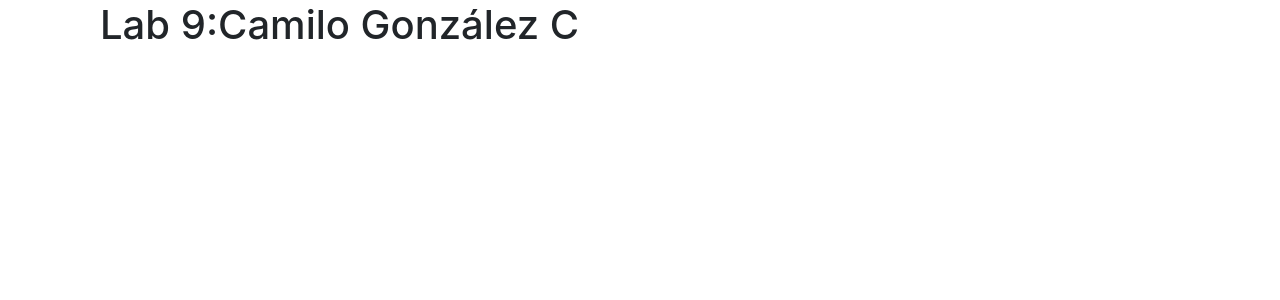
Repository: cgonzalezc27/daw_a01209969
Page: DAW/Lab9/_header.html
The author's editor kept a record of every edit. The page is drawn from the files as they stood at one moment, then again after the next edit.
The browser window is 1280 px wide. The pictures show the whole page.

Above is the page before.

After the next edit:
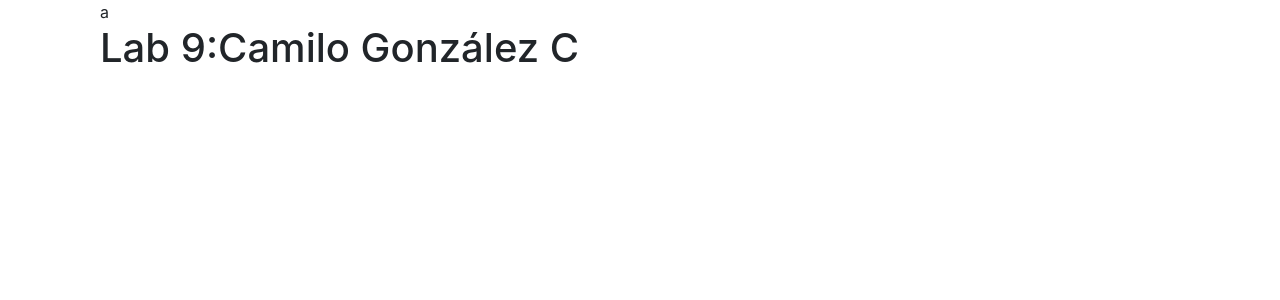
The edit:
--- a/DAW/Lab9/_header.html
+++ b/DAW/Lab9/_header.html
@@ -6,8 +6,8 @@
     </head>
     <body>
         <div class="container">
-            <div class="col-3"></div>
-            <div class="col">
+            <div class="col-3">a</div>
+            <div class="col-6">
                 <h1>Lab 9:Camilo González C</h1>
             </div>
             <div class="col-3"></div>
